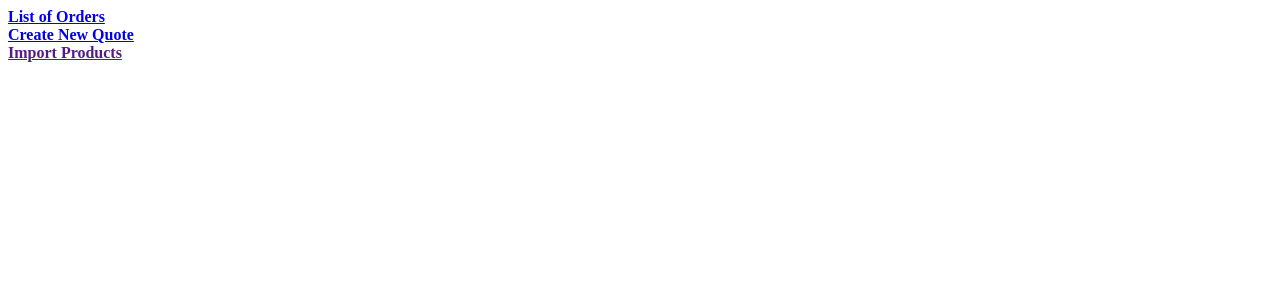
Repository: hrishibhattu/CodeFury-Internal-2
Page: ToYoDo/WebContent/WEB-INF/nav/sidebarNav.html
The author's editor kept a copy of each file at every save. The page is drawn from the files as they stood at one save, then again after the next save.
The browser window is 1280 px wide. The pictures show the whole page.

Above is the page before, as saved 2021-09-21 07:10:45.

After the next save:
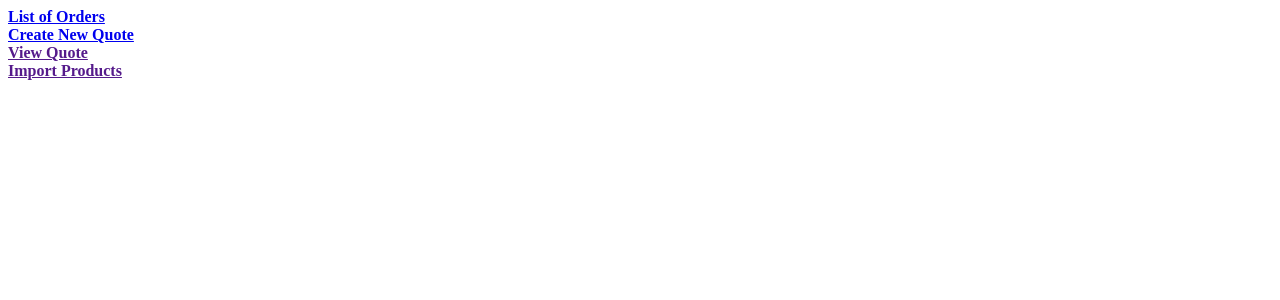
Saved 86 s later.
--- a/ToYoDo/WebContent/WEB-INF/nav/sidebarNav.html
+++ b/ToYoDo/WebContent/WEB-INF/nav/sidebarNav.html
@@ -5,6 +5,9 @@
   <div class="p-2"><a href="/ToYoDo/JSP/employeeQuote.jsp">
   	<i class="fas fa-plus"></i><strong class="nav-link d-none d-lg-inline"> Create New Quote</strong></a>
   </div>
+   <div class="p-2"><a href="" data-toggle="modal" data-target="#exampleModalCenter">
+  	<i class="fas fa-eye"></i><strong class="nav-link d-none d-lg-inline"> View Quote</strong></a>
+  </div>
   <div class="p-2"><a href="">
   	<i class="fas fa-file-import"></i><strong class="nav-link d-none d-lg-inline"> Import Products</strong></a>
   </div>
